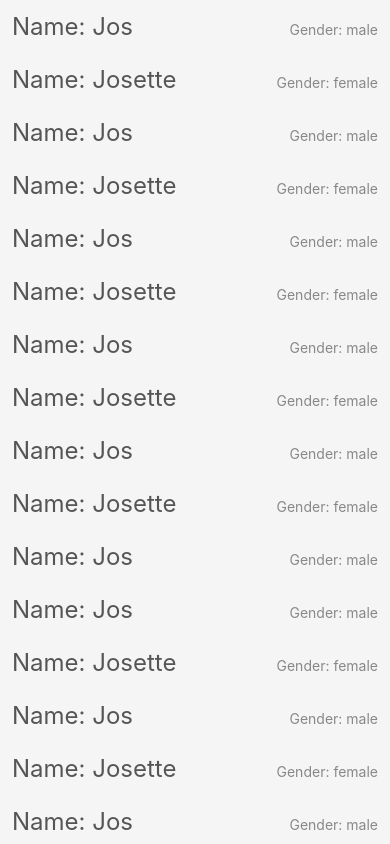
Repository: kfrancois/Bachelorproef-Apps
Screen: / (app in React Native/ListApp/.vscode/)
An editor plug-in stored every save of this project. The screen is shown before and after the next save, followed by the edit.
An inner scrolling area shows only its first screen. The app was drawn by React Native's web renderer in a window 390 px wide. The project was rebuilt for these pictures with package versions that can differ from the ones it lists, and the page was loaded fresh each time.

Above is the screen before, as saved 2018-04-23 15:07:40.

After the next save:
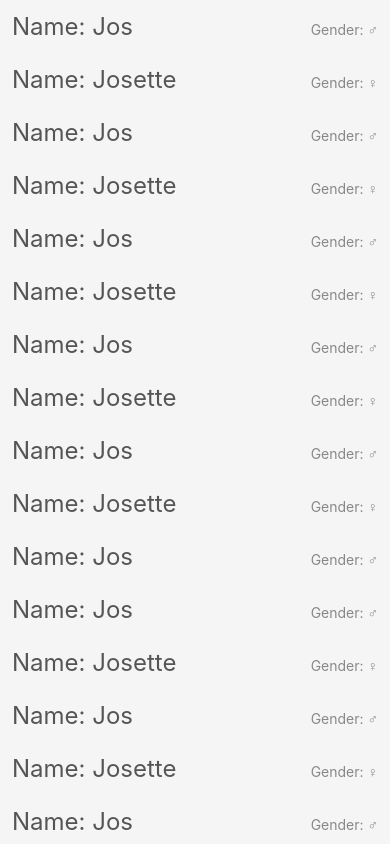
Saved 42 s later.
--- a/React Native/ListApp/.vscode/src/items.js
+++ b/React Native/ListApp/.vscode/src/items.js
@@ -1,47 +1,47 @@
 const items = [
-  { key: '0', name: 'Jos', gender: 'male' },
-  { key: '1', name: 'Josette', gender: 'female' },
-  { key: '2', name: 'Jos', gender: 'male' },
-  { key: '3', name: 'Josette', gender: 'female' },
-  { key: '4', name: 'Jos', gender: 'male' },
-  { key: '5', name: 'Josette', gender: 'female' },
-  { key: '6', name: 'Jos', gender: 'male' },
-  { key: '7', name: 'Josette', gender: 'female' },
-  { key: '8', name: 'Jos', gender: 'male' },
-  { key: '9', name: 'Josette', gender: 'female' },
-  { key: '10', name: 'Jos', gender: 'male' },
-  { key: '11', name: 'Jos', gender: 'male' },
-  { key: '12', name: 'Josette', gender: 'female' },
-  { key: '13', name: 'Jos', gender: 'male' },
-  { key: '14', name: 'Josette', gender: 'female' },
-  { key: '15', name: 'Jos', gender: 'male' },
-  { key: '16', name: 'Josette', gender: 'female' },
-  { key: '17', name: 'Jos', gender: 'male' },
-  { key: '18', name: 'Josette', gender: 'female' },
-  { key: '19', name: 'Jos', gender: 'male' },
-  { key: '20', name: 'Josette', gender: 'female' },
-  { key: '21', name: 'Jos', gender: 'male' },
-  { key: '22', name: 'Josette', gender: 'female' },
-  { key: '23', name: 'Jos', gender: 'male' },
-  { key: '24', name: 'Josette', gender: 'female' },
-  { key: '25', name: 'Jos', gender: 'male' },
-  { key: '26', name: 'Josette', gender: 'female' },
-  { key: '27', name: 'Jos', gender: 'male' },
-  { key: '28', name: 'Josette', gender: 'female' },
-  { key: '29', name: 'Jos', gender: 'male' },
-  { key: '30', name: 'Josette', gender: 'female' },
-  { key: '31', name: 'Jos', gender: 'male' },
-  { key: '32', name: 'Josette', gender: 'female' },
-  { key: '33', name: 'Jos', gender: 'male' },
-  { key: '34', name: 'Josette', gender: 'female' },
-  { key: '35', name: 'Jos', gender: 'male' },
-  { key: '36', name: 'Josette', gender: 'female' },
-  { key: '37', name: 'Jos', gender: 'male' },
-  { key: '38', name: 'Josette', gender: 'female' },
-  { key: '39', name: 'Jos', gender: 'male' },
-  { key: '40', name: 'Josette', gender: 'female' },
-  { key: '41', name: 'Jos', gender: 'male' },
-  { key: '42', name: 'Josette', gender: 'female' },
+  { key: '0', name: 'Jos', gender: '♂' },
+  { key: '1', name: 'Josette', gender: '♀' },
+  { key: '2', name: 'Jos', gender: '♂' },
+  { key: '3', name: 'Josette', gender: '♀' },
+  { key: '4', name: 'Jos', gender: '♂' },
+  { key: '5', name: 'Josette', gender: '♀' },
+  { key: '6', name: 'Jos', gender: '♂' },
+  { key: '7', name: 'Josette', gender: '♀' },
+  { key: '8', name: 'Jos', gender: '♂' },
+  { key: '9', name: 'Josette', gender: '♀' },
+  { key: '10', name: 'Jos', gender: '♂' },
+  { key: '11', name: 'Jos', gender: '♂' },
+  { key: '12', name: 'Josette', gender: '♀' },
+  { key: '13', name: 'Jos', gender: '♂' },
+  { key: '14', name: 'Josette', gender: '♀' },
+  { key: '15', name: 'Jos', gender: '♂' },
+  { key: '16', name: 'Josette', gender: '♀' },
+  { key: '17', name: 'Jos', gender: '♂' },
+  { key: '18', name: 'Josette', gender: '♀' },
+  { key: '19', name: 'Jos', gender: '♂' },
+  { key: '20', name: 'Josette', gender: '♀' },
+  { key: '21', name: 'Jos', gender: '♂' },
+  { key: '22', name: 'Josette', gender: '♀' },
+  { key: '23', name: 'Jos', gender: '♂' },
+  { key: '24', name: 'Josette', gender: '♀' },
+  { key: '25', name: 'Jos', gender: '♂' },
+  { key: '26', name: 'Josette', gender: '♀' },
+  { key: '27', name: 'Jos', gender: '♂' },
+  { key: '28', name: 'Josette', gender: '♀' },
+  { key: '29', name: 'Jos', gender: '♂' },
+  { key: '30', name: 'Josette', gender: '♀' },
+  { key: '31', name: 'Jos', gender: '♂' },
+  { key: '32', name: 'Josette', gender: '♀' },
+  { key: '33', name: 'Jos', gender: '♂' },
+  { key: '34', name: 'Josette', gender: '♀' },
+  { key: '35', name: 'Jos', gender: '♂' },
+  { key: '36', name: 'Josette', gender: '♀' },
+  { key: '37', name: 'Jos', gender: '♂' },
+  { key: '38', name: 'Josette', gender: '♀' },
+  { key: '39', name: 'Jos', gender: '♂' },
+  { key: '40', name: 'Josette', gender: '♀' },
+  { key: '41', name: 'Jos', gender: '♂' },
+  { key: '42', name: 'Josette', gender: '♀' },
 ];
 
 export default items;
